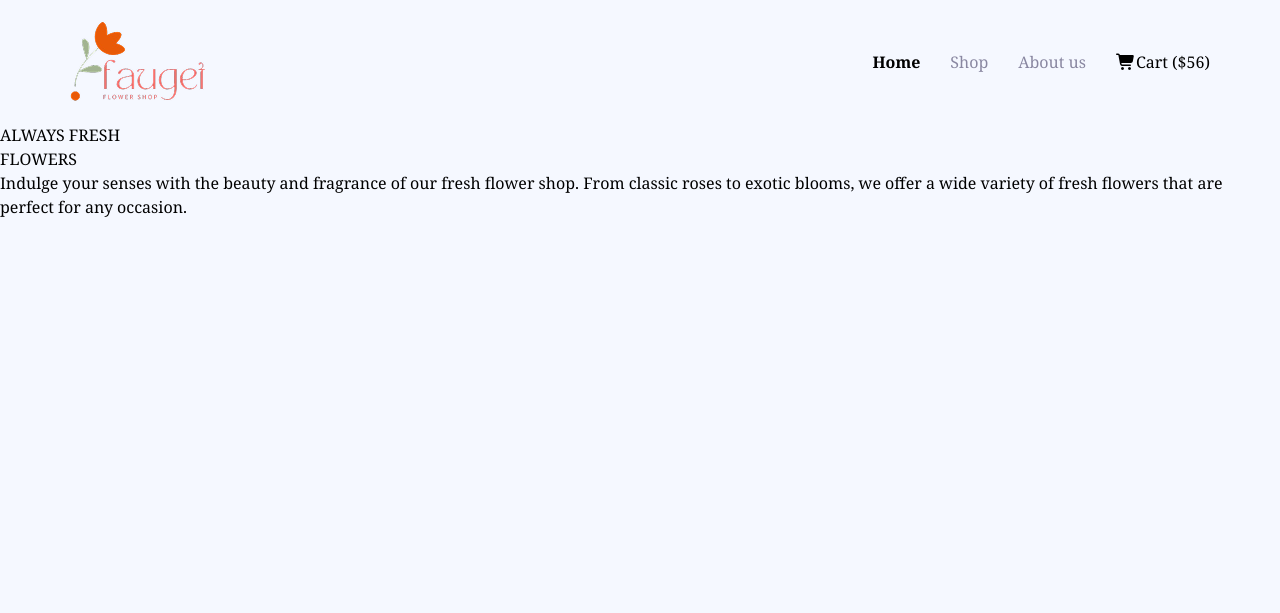
Repository: nahid-hasann/website-7
Page: index.html
These files come from the project's save history. The page is drawn as it stood at one moment and after the next save; the edit follows.
The browser window is 1280 px wide. The pictures show the whole page.
Some web libraries are served in a nearby version.

Above is the page before, as saved 2025-07-23 23:02:58.

After the next save:
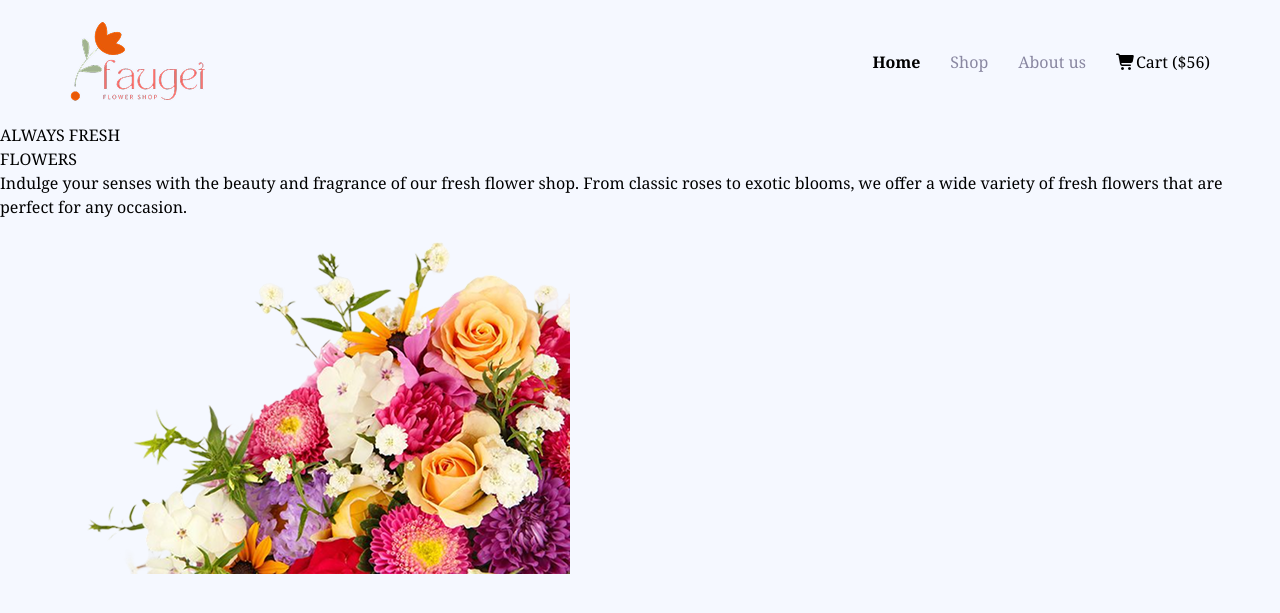
Saved 38 s later.
--- a/index.html
+++ b/index.html
@@ -39,7 +39,7 @@
                     <p>Indulge your senses with the beauty and fragrance of our fresh flower shop. From classic roses to exotic blooms, we offer a wide variety of fresh flowers that are perfect for any occasion. </p>
                 </div>
                 <div class="banner-img">
-                    <img src="" alt="">
+                    <img src="assets/hero-flower.png" alt="">
                 </div>
             </div>
         </section>
